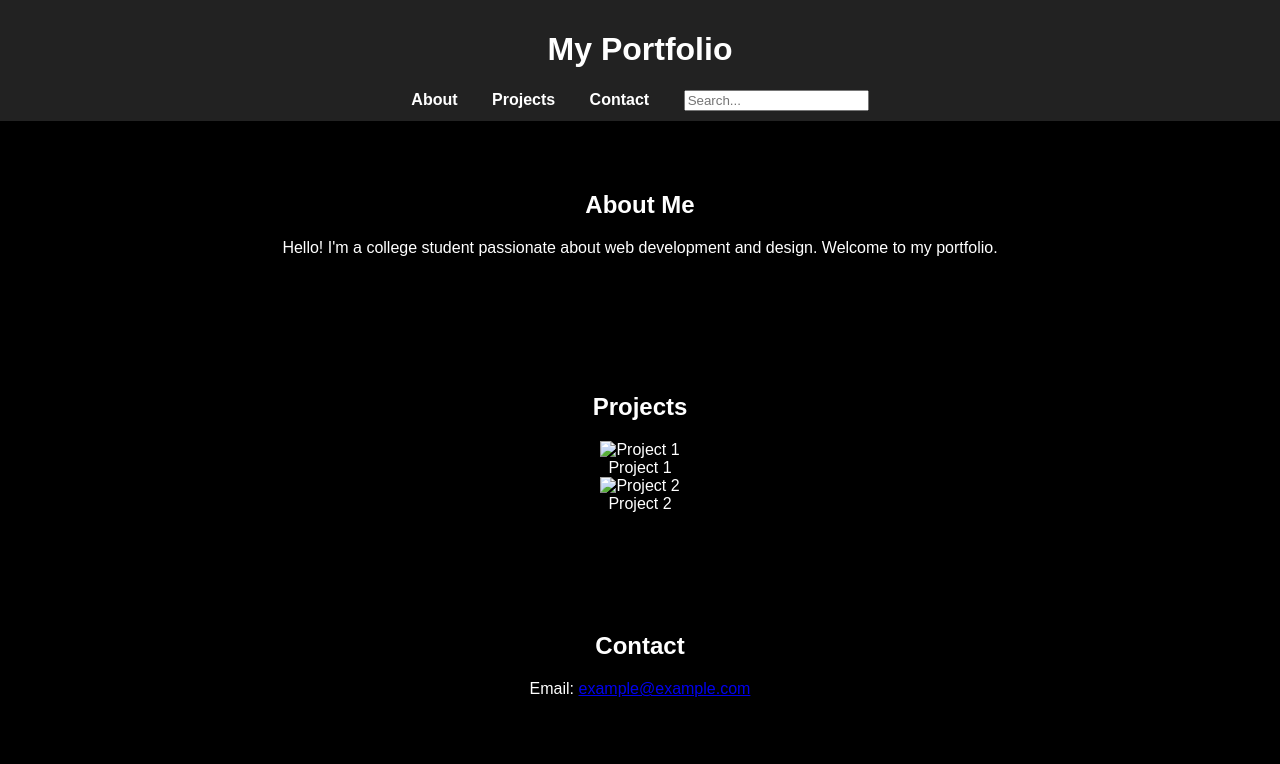
Repository: Barnabasbag/New-folder--2-
Page: in1.html
These files come from the project's save history. The page is drawn as it stood at one moment and after the next save; the edit follows.
The browser window is 1280 px wide. The pictures show the whole page.

Above is the page before, as saved 2024-06-17 01:12:31.
Not found: project1.jpg
Not found: project2.jpg
Not found: script.js

After the next save:
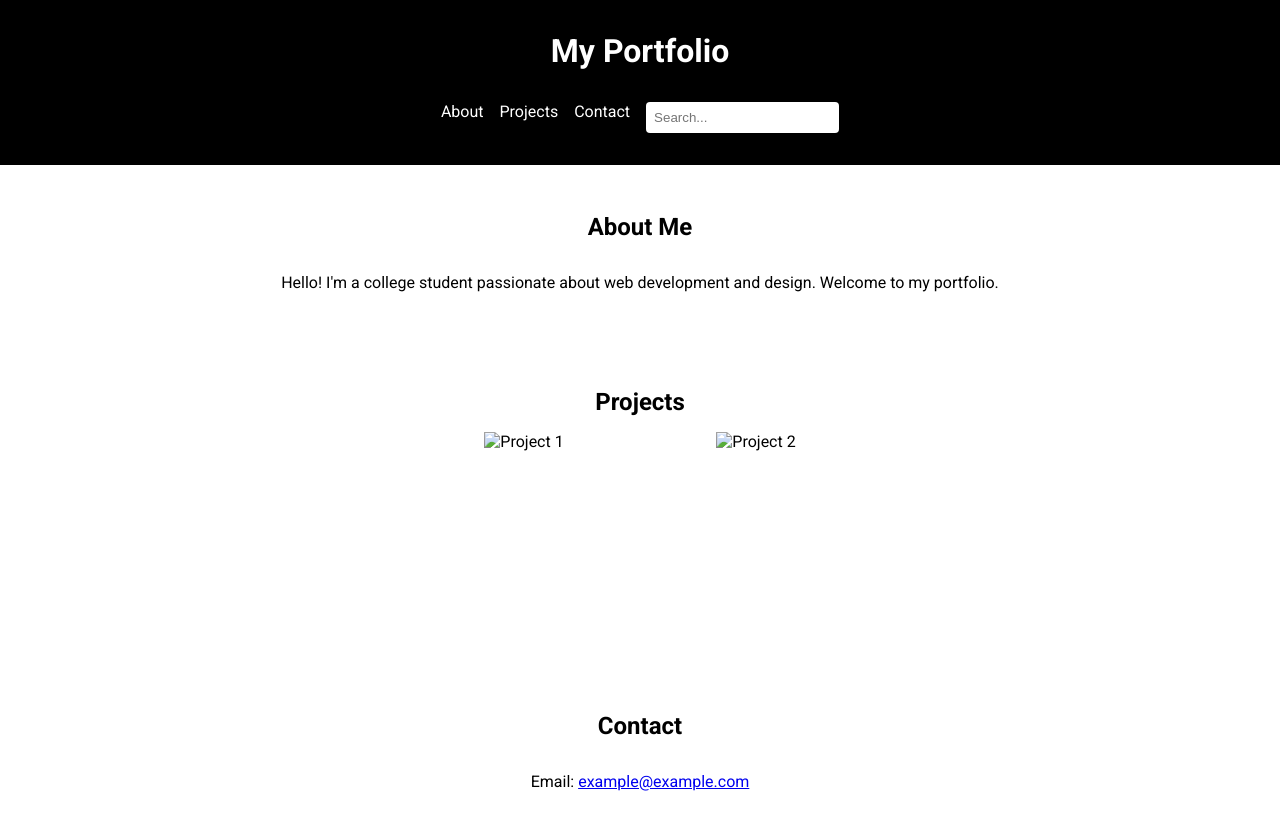
Saved 13 s later.
--- a/styles.css
+++ b/styles.css
@@ -1,70 +1,99 @@
 body {
+    font-family: 'Roboto', sans-serif;
+    background-color: #fff;
+    color: #000;
     margin: 0;
-    font-family: Arial, sans-serif;
-    background-color: #000;
-    color: #fff;
+    padding: 0;
 }
 
 header {
-    background-color: #222;
-    padding: 10px 0;
+    background-color: #000;
+    color: #fff;
+    padding: 1rem;
     text-align: center;
 }
 
 nav ul {
-    list-style-type: none;
-    margin: 0;
+    list-style: none;
     padding: 0;
+    display: flex;
+    justify-content: center;
+    gap: 1rem;
 }
 
 nav ul li {
     display: inline;
-    margin: 0 15px;
 }
 
 nav ul li a {
     color: #fff;
     text-decoration: none;
-    font-weight: bold;
+}
+
+nav ul li input {
+    padding: 0.5rem;
+    border: none;
+    border-radius: 4px;
 }
 
 section {
-    padding: 50px 20px;
+    padding: 2rem;
     text-align: center;
 }
 
-#home {
-    background: url('background.jpg') no-repeat center center/cover;
-    height: 100vh;
-    display: flex;
-    align-items: center;
-    justify-content: center;
+h1, h2 {
+    margin: 0;
+    padding: 1rem 0;
 }
 
-.intro {
-    background: rgba(0, 0, 0, 0.7);
-    padding: 20px;
-    border-radius: 10px;
+.gallery {
+    display: flex;
+    justify-content: center;
+    gap: 2rem;
+    flex-wrap: wrap;
 }
 
-#projects .project-grid {
-    display: grid;
-    grid-template-columns: repeat(auto-fit, minmax(300px, 1fr));
-    gap: 20px;
-    margin-top: 20px;
+.gallery-item {
+    position: relative;
+    width: 200px;
+    height: 200px;
+    overflow: hidden;
 }
 
-.project {
-    background-color: #333;
-    padding: 20px;
-    border-radius: 10px;
+.gallery-item img {
+    width: 100%;
+    height: 100%;
+    object-fit: cover;
+    transition: transform 0.3s ease;
 }
 
-footer {
-    background-color: #222;
-    padding: 10px 0;
+.gallery-item:hover img {
+    transform: scale(1.1);
+}
+
+.overlay {
+    position: absolute;
+    top: 0;
+    bottom: 0;
+    left: 0;
+    right: 0;
+    height: 100%;
+    width: 100%;
+    opacity: 0;
+    transition: .3s ease;
+    background-color: rgba(0,0,0,0.5);
+}
+
+.gallery-item:hover .overlay {
+    opacity: 1;
+}
+
+.text {
+    color: white;
+    font-size: 1.5rem;
+    position: absolute;
+    top: 50%;
+    left: 50%;
+    transform: translate(-50%, -50%);
     text-align: center;
-    position: absolute;
-    bottom: 0;
-    width: 100%;
 }
